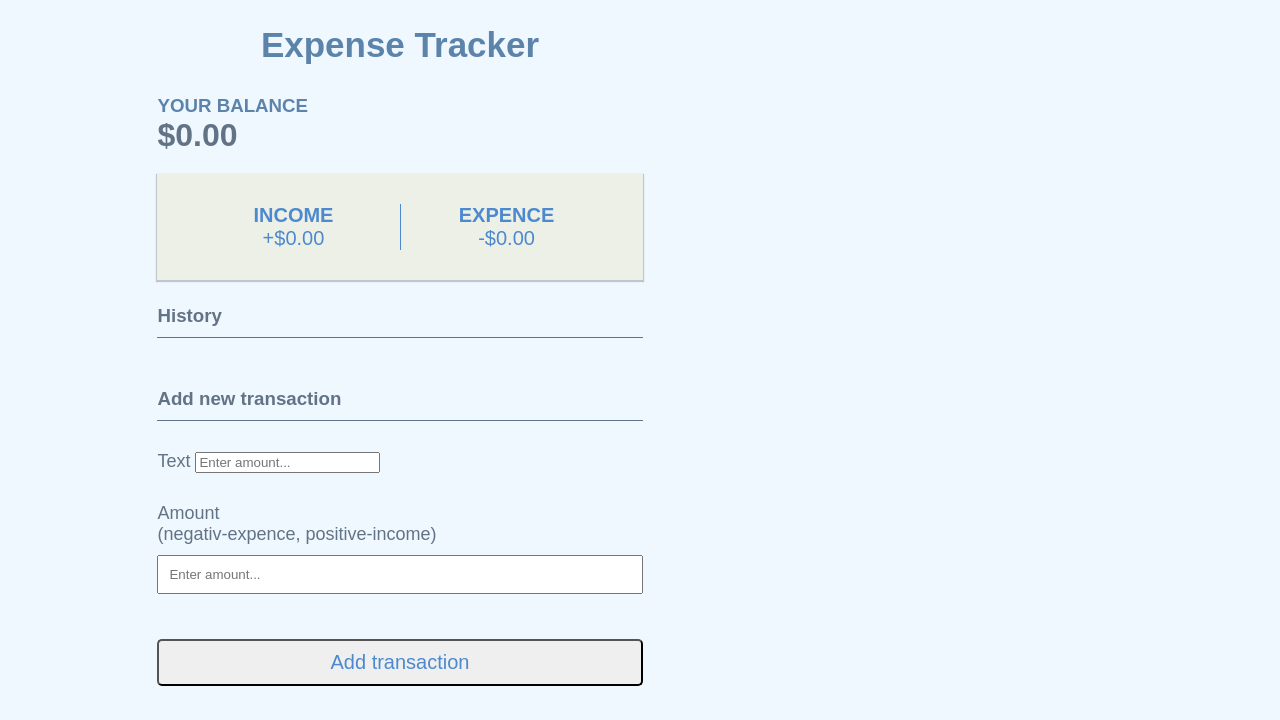
Repository: AbrorjonKuchkarov/expence-tracker-
Page: index.html
The author's editor kept a copy of each file at every save. The page is drawn from the files as they stood at one save, then again after the next save.
The browser window is 1280 px wide. The pictures show the whole page.

Above is the page before, as saved 2022-03-01 16:48:32.

After the next save:
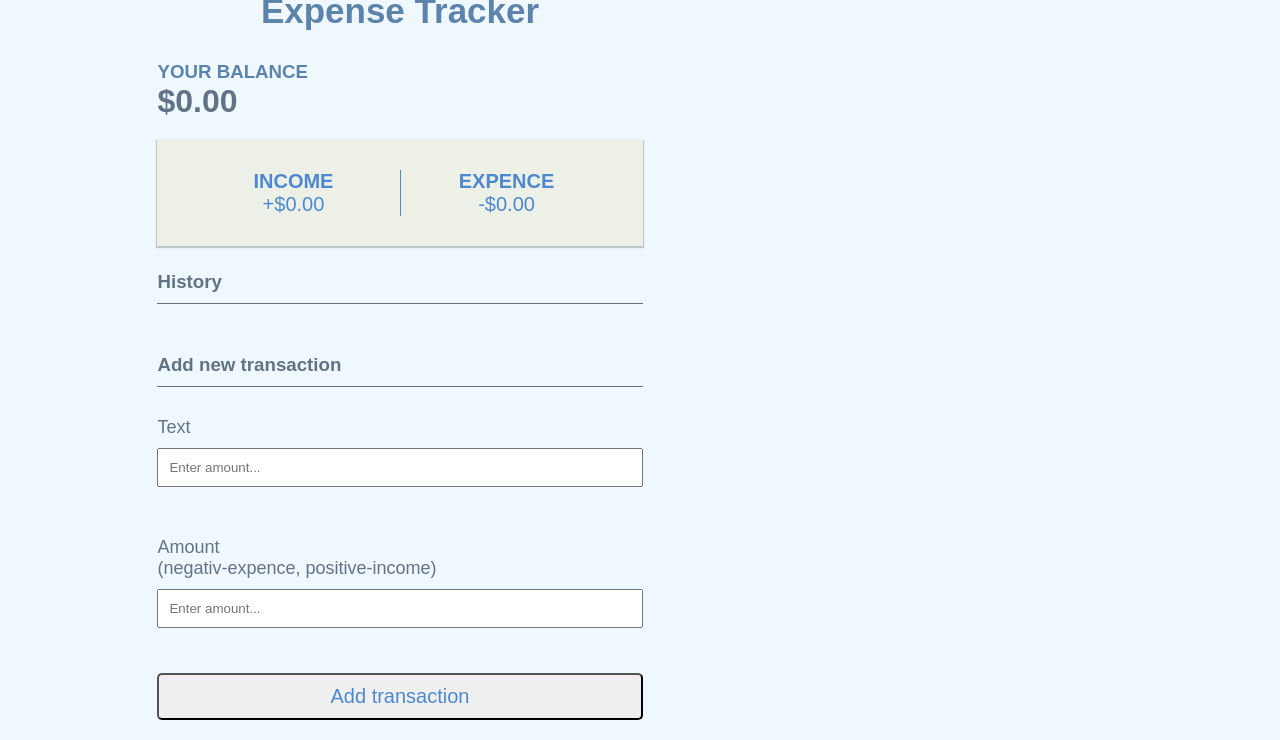
Saved 39 s later.
--- a/style.css
+++ b/style.css
@@ -124,8 +124,8 @@ body > h1{
    margin: 15px 0;
 }
 
+#text,
 #amount,
-#number,
 .btn {
    margin: 10px 0 20px;
    padding: 10px;
